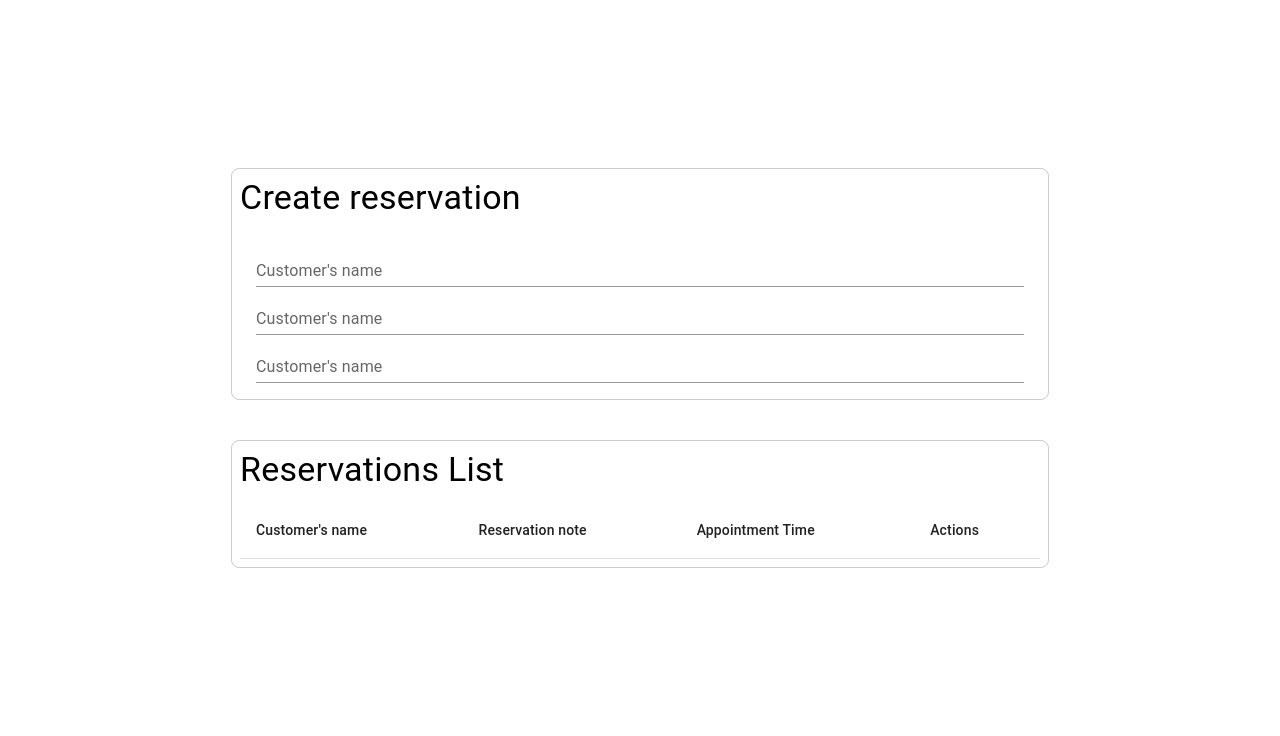
Repository: dovix58/PSP
Page: /beauty (app in frontEnd/)
These files come from the project's save history. The page is drawn as it stood at one moment and after the next save; the edit follows.
The browser window is 1280 px wide. The pictures show the whole page.
The page's requests for data from a server got no answer. The project was rebuilt for these pictures with package versions that can differ from the ones it lists, and the page was loaded fresh each time. No one was signed in, and anything a server would have sent is missing. Also part of the build but not shown: frontEnd/vite.config.ts, frontEnd/src/LandingPage.tsx, frontEnd/src/api/productAPI.ts, frontEnd/src/CreateOrder.tsx, frontEnd/src/api/OrderApi.ts, frontEnd/src/PaymentModal.tsx, frontEnd/src/OrderList.tsx, frontEnd/src/Styles.ts and 3 more.

Above is the page before, as saved 2024-12-19 13:42:16.

After the next save:
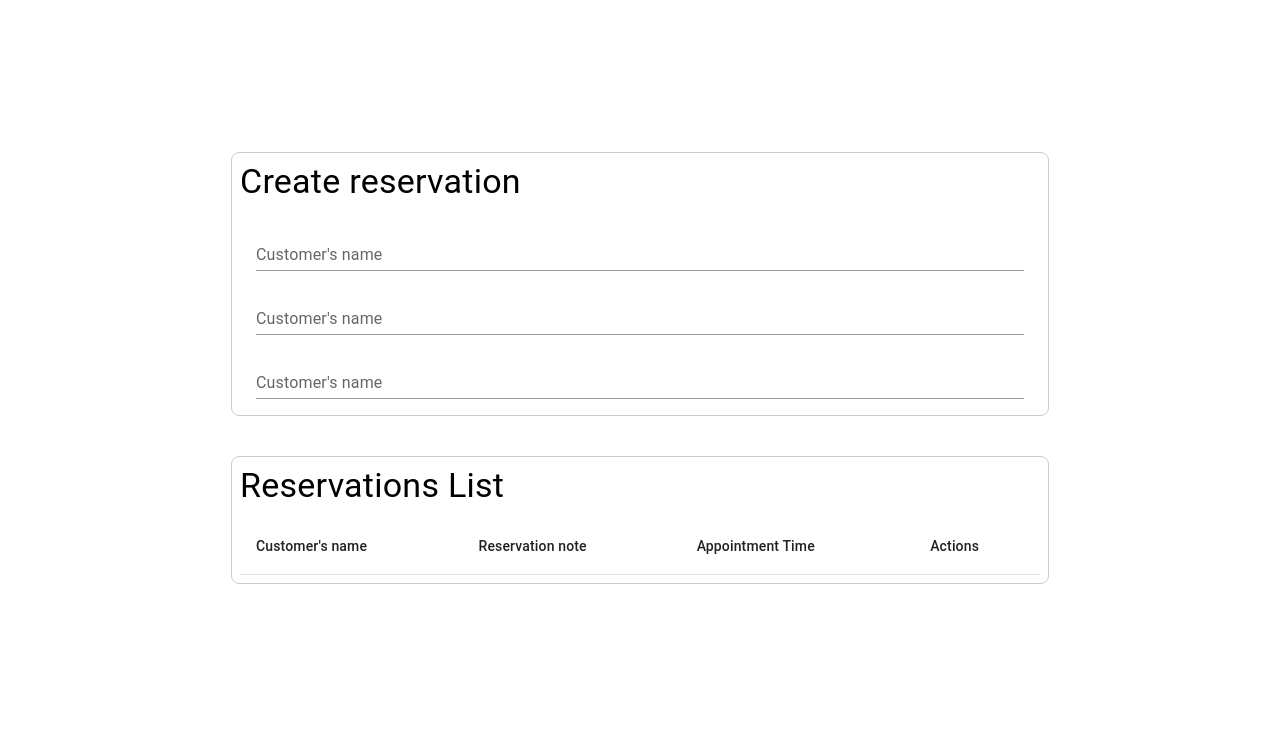
Saved 13 s later.
--- a/frontEnd/src/CreateReservation.tsx
+++ b/frontEnd/src/CreateReservation.tsx
@@ -19,7 +19,7 @@ export default function CreateReservation() {
       </Typography>
       <Box sx={{ display: "flexColumn", px: 2, py: 1 }}>
         <form>
-          <Stack >
+          <Stack spacing={2}>
             <TextField
               id="standard-basic"
               label="Customer's name"
